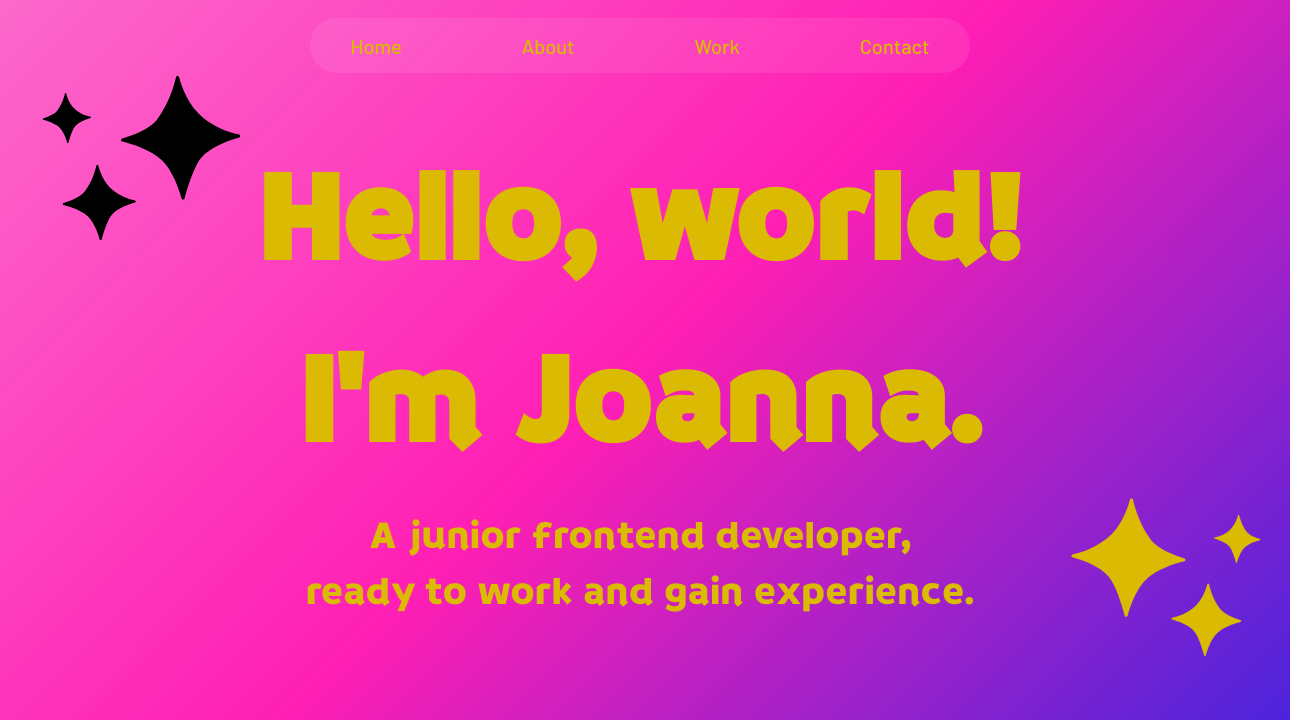
Repository: JJonka/portfolio_site
Page: /
An editor plug-in stored every save of this project. The page is shown before and after the next save, followed by the edit.
The browser window is 1280 px wide. The page is 1290 px wide, so the pictures cover 1290 px, including what lies to the right of the window. The pictures show the whole page.
The project was rebuilt for these pictures with package versions that can differ from the ones it lists, and the page was loaded fresh each time. Also part of the build but not shown: vite.config.ts, src/components/EndOfSection.module.scss, src/components/EndOfSection.tsx, src/pages/About.tsx, src/components/LogoIcon.module.scss, src/components/LogoIcon.tsx, src/pages/Contact.tsx, src/pages/Work.module.scss and 1 more.

Above is the page before, as saved 2023-10-08 12:45:30.

### index.html
<!doctype html>
<html lang="en">
  <head>
    <meta charset="UTF-8" />
    <link rel="icon" href="./src/assets/jj_logo.svg">
    <meta name="viewport" content="width=device-width, initial-scale=1.0" />
    <title>Joanna Jurasz - software developer</title>
  </head>
  <body>
    <div id="root"></div>
    <script type="module" src="/src/index.tsx"></script>
  </body>
</html>

### src/index.tsx
import React from 'react';
import ReactDOM from 'react-dom/client';
import App from './App';
import { BrowserRouter } from 'react-router-dom';


const root = ReactDOM.createRoot( document.getElementById('root') as HTMLElement);

root.render(
  <BrowserRouter>
    <App />
  </BrowserRouter>
);

### src/App.tsx
import { Routes, Route } from 'react-router-dom';
import HomePage from './pages/HomePage';
import About from './pages/About';
import Contact from './pages/Contact';
import Work from './pages/Work';
import './App.css'


const App = () => {
    return (
      <div>
      <div className='mainBackground' />
      <div className='layer1' />
      <div className='layer2' />

      <Routes>
        <Route path='/' element={ <HomePage /> } />
        <Route path='/about' element={ <About /> } />
        <Route path='/work' element={ <Work /> } />
        <Route path='/contact' element={ <Contact /> }/>
      </Routes>
      </div>
    )
}

export default App;

### src/pages/HomePage.tsx
import Menu from "../components/Menu";
import styles from "./HomePage.module.scss"

const  HomePage = () => {
    return (
      <div className={styles.card}>

        <div className={styles.container}>
        <Menu></Menu>
          <img src="..\src\assets\stars2.svg" className={styles.imgTop}></img>
          <h1 className={styles.header}>Hello, world!<br />I'm Joanna.</h1>
          <h2 className={styles.introduction}>A junior frontend developer, <br />ready to work and gain experience.</h2>
          <img src="..\src\assets\stars.svg" className={styles.imgBottom}></img>
        </div>
      </div>
    )
}

export default HomePage;

### src/App.css
@font-face {
  font-family: 'Barlow-Light';
  src: url(/fonts/Barlow-Light.ttf);
}

@font-face {
	font-family: 'Barlow-Regular' ;
	src: url(/fonts/Barlow-Regular.ttf);
}

body {
	display: flex;
	flex-direction: column;
    align-items: center;
    font-family: 'Barlow-Light';
	text-align: center;
    padding-left: calc(100vw - 100%);
    --main-color: #daba02;
}

.mainBackground {
    background-image: linear-gradient(135deg, #fc79d0 10%, #ff00aaec 50% , #2719e0 85%);
    animation: slide 8s linear infinite alternate;
    animation-fill-mode: backwards;
    animation-delay: -1s;
    position: fixed;
    top: 0;
    bottom: 0;
    left: -50%;
    right: -50%;
    opacity: 0.95;
    z-index: -1;
}




@keyframes slide {
    0% {
        transform: translateX(-20%);
    }
    100% {
        transform: translateX(5%);
    }

}

### src/components/Menu.tsx
import styles from "./Menu.module.scss";
import  LinkToPage  from "./LinkToPage"

const Menu = () => {

    return (
        <div className={styles.menu}>
            <LinkToPage
                link = {'/'}
                urlTo = {"http://localhost:5173/"}
                linkTitle= {"Home"}
            ></LinkToPage>
            <LinkToPage
                link = {'/about'}
                urlTo = {"http://localhost:5173/about"}
                linkTitle= {"About"}
            ></LinkToPage>
            <LinkToPage
                link = {'/work'}
                urlTo = {"http://localhost:5173/work"}
                linkTitle= {"Work"}
            ></LinkToPage>
            <LinkToPage
                link = {'/contact'}
                urlTo = {"http://localhost:5173/contact"}
                linkTitle= {"Contact"}
            ></LinkToPage>
        </div>
    )
};

export default Menu;

### src/pages/HomePage.module.scss
@font-face {
    font-family: 'BraahOne-Regular';
    src: url(/fonts/BraahOne-Regular.ttf);
}

.header {
    color: var(--main-color);
    font-family: "BraahOne-Regular";
    font-size: 130px;
    margin-bottom: 10px;
    margin-top: 25px;
}

.introduction {
    color: var(--main-color);
    font-family: "BraahOne-Regular";
    font-size: 40px;
    font-weight: 50;
    margin-top: 5px;

}

.imgTop {
    position: absolute;
    top: 50px;
    left: 50px;
    max-width: 30%;
    max-height: 30%;
}

.imgBottom {
    position: absolute;
    bottom: 0;
    right: 20px;
    max-width: 30%;
    max-height: 30%;
}

.container {
    display: flex;
    flex-direction: column;
    align-items: center;
    position: relative;
    width: 1300px;
    height: 675px;
}

.card {
    display: flex;
    flex-direction: column;
    align-items: center;
}

### src/pages/About.module.scss
@font-face {
	font-family: 'Barlow-Regular' ;
	src: url(/fonts/Barlow-Regular.ttf);
}

.card {
    display: flex;
    flex-direction: column;
    align-items: center;
}

.header {
    color: var(--main-color);
    font-family: "BraahOne-Regular";
    font-size: 100px;
    margin-bottom: 10px;
    margin-top: 15px;
}

.container {
    justify-content: center;
    display: flex;
    flex-direction: row;
    height: 450px;
    width: 1100px;
    gap: 50px;
    margin-bottom: 10px;
    margin-top: 20px;
}

.image {
    max-width: 90%;
    max-height: 90%;
}

.text {
    height: 400px;
    width: 550px;
    display: flex;
    flex-direction: column;
    align-items: center;
    justify-content: center;
}

.aboutMe {
    font-family: "Barlow-Regular";
    font-size: 20px;
    color:  rgb(3, 54, 121);
    margin: 0;
    padding: 30px;

}

.box {
    background-color: rgba(255, 255, 255, 0.16);
    border-color: var(--main-color);
    border-radius: 50px;
    border-style: solid;
    border-width: 2px;
    text-align: justify;
}

### src/pages/Contact.module.scss
@font-face {
	font-family: 'Barlow-Regular' ;
	src: url(/fonts/Barlow-Regular.ttf);
}
@font-face {
    font-family: 'Barlow-Medium';
    src: url(/fonts/Barlow-Medium.ttf);
}

.card {
    align-items: center;
    display: flex;
    flex-direction: column;
}

.container {
    display: flex;
    flex-direction: column;
    align-items: center;
    height: 500px;
    width: 1100px;
    margin-bottom: 100px;
}

.header {
    color: var(--main-color);
    font-family: "BraahOne-Regular";
    font-size: 70px;
    margin-bottom: 10px;
    margin-top: 30px;

}

.logos {
    display: flex;
    flex-direction: row;
    gap: 250px;
    margin-top: 50px;
    margin-bottom: 120px;
    justify-content: center;
    width: 1000px;
}

a {
    text-decoration: none;
}

### src/components/Menu.module.scss
@font-face {
    font-family: 'Barlow-Medium';
    src: url(/fonts/Barlow-Medium.ttf);
}


.menu {
    border-radius: 50px;
    font-family: 'Barlow-Medium';
    font-size: 20px;
    margin-top: 10px;
    margin-bottom: 30px;
    width: 620px;
    height: 15px;
    padding: 20px;
    display: flex;
    flex-direction: row;
    align-items: center;
    justify-content: center;
    column-gap: 30px;
    background-color:rgba(255, 255, 255, 0.083);;

}

### src/components/LinkToPage.tsx
import { Link } from "react-router-dom";
import styles from "./LinkToPage.module.scss"

interface LinkTo  {
    link: string
    urlTo: string
    linkTitle: string
}

const LinkToPage = (props: LinkTo) => {
    return (
        <div>
            <Link to={props.link} className={document.URL == props.urlTo ? styles.active : styles.link}>{props.linkTitle} </Link>
        </div>
    )
}

export default LinkToPage

### src/components/LinkToPage.module.scss
.link {
    text-decoration: none;
    color: var(--main-color);
    margin: 10px 25px;
    padding: 5px 20px;
}

.link:hover {
    margin: 10px 25px;
    padding: 5px 20px;
    background-color: rgba(255, 255, 255, 0.259);
    border-radius: 50px;
    transition: background-color 1s;
}

.active {
    text-decoration: none;
    color: var(--main-color);
    margin: 10px 25px;
    padding: 5px 20px;
    background-color: rgba(255, 255, 255, 0.259);
    border-radius: 50px;
}

After the next save:
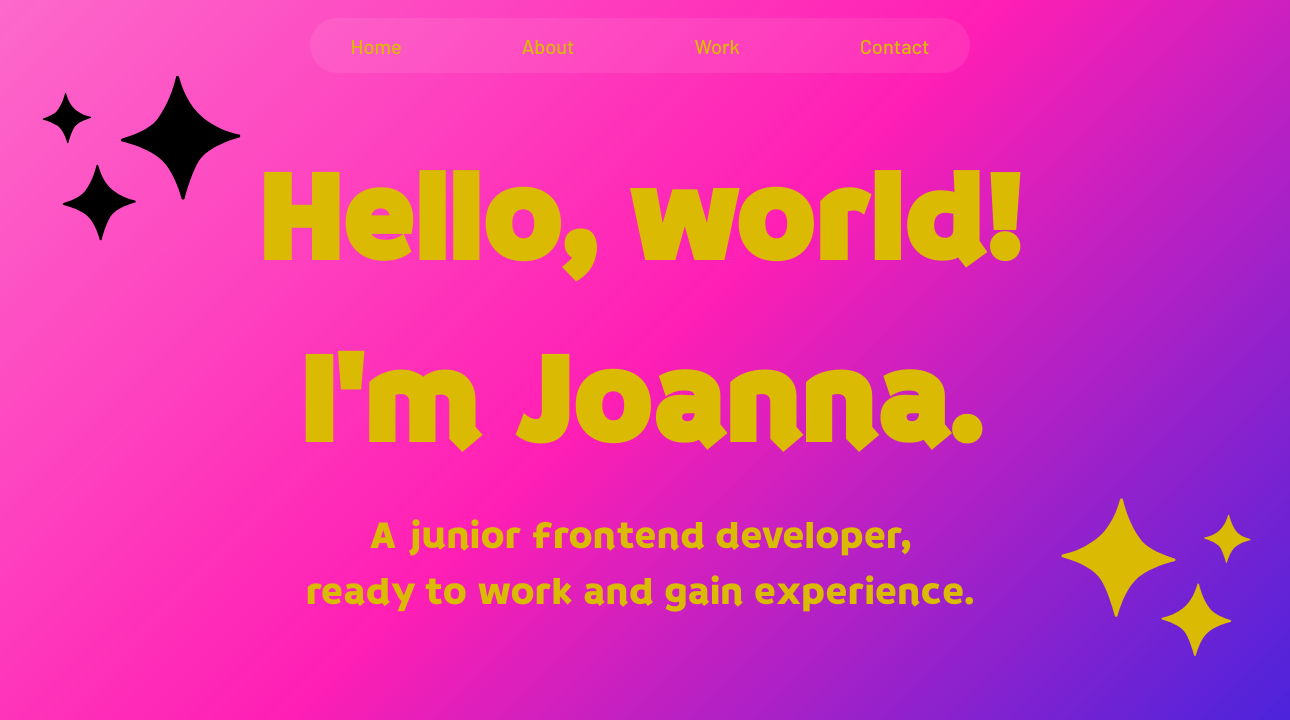
Saved 5 s later.
--- a/src/pages/HomePage.module.scss
+++ b/src/pages/HomePage.module.scss
@@ -31,7 +31,7 @@
 .imgBottom {
     position: absolute;
     bottom: 0;
-    right: 20px;
+    right: 30px;
     max-width: 30%;
     max-height: 30%;
 }
